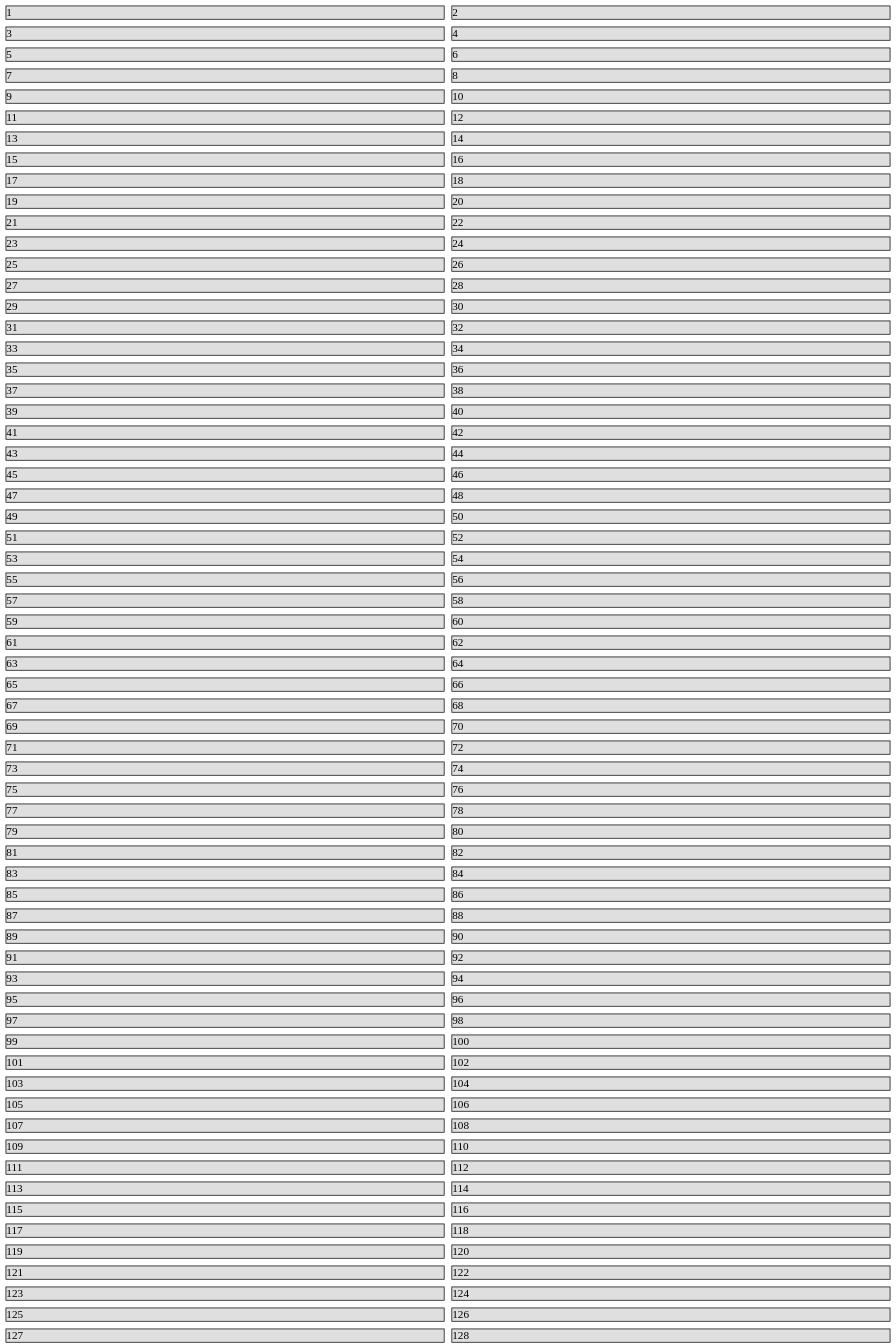
Repository: weazzyefff/Project-Etch-A-Sketch
Page: index.html
These files come from the project's save history. The page is drawn as it stood at one moment and after the next save; the edit follows.
The browser window is 1280 px wide. The pictures show the part of the page from y = 0 to 1920 px (the page is 3846 px tall before and 4358 px after), at 70% of full size.

Above is the page before, as saved 2022-11-30 10:26:40.

After the next save:
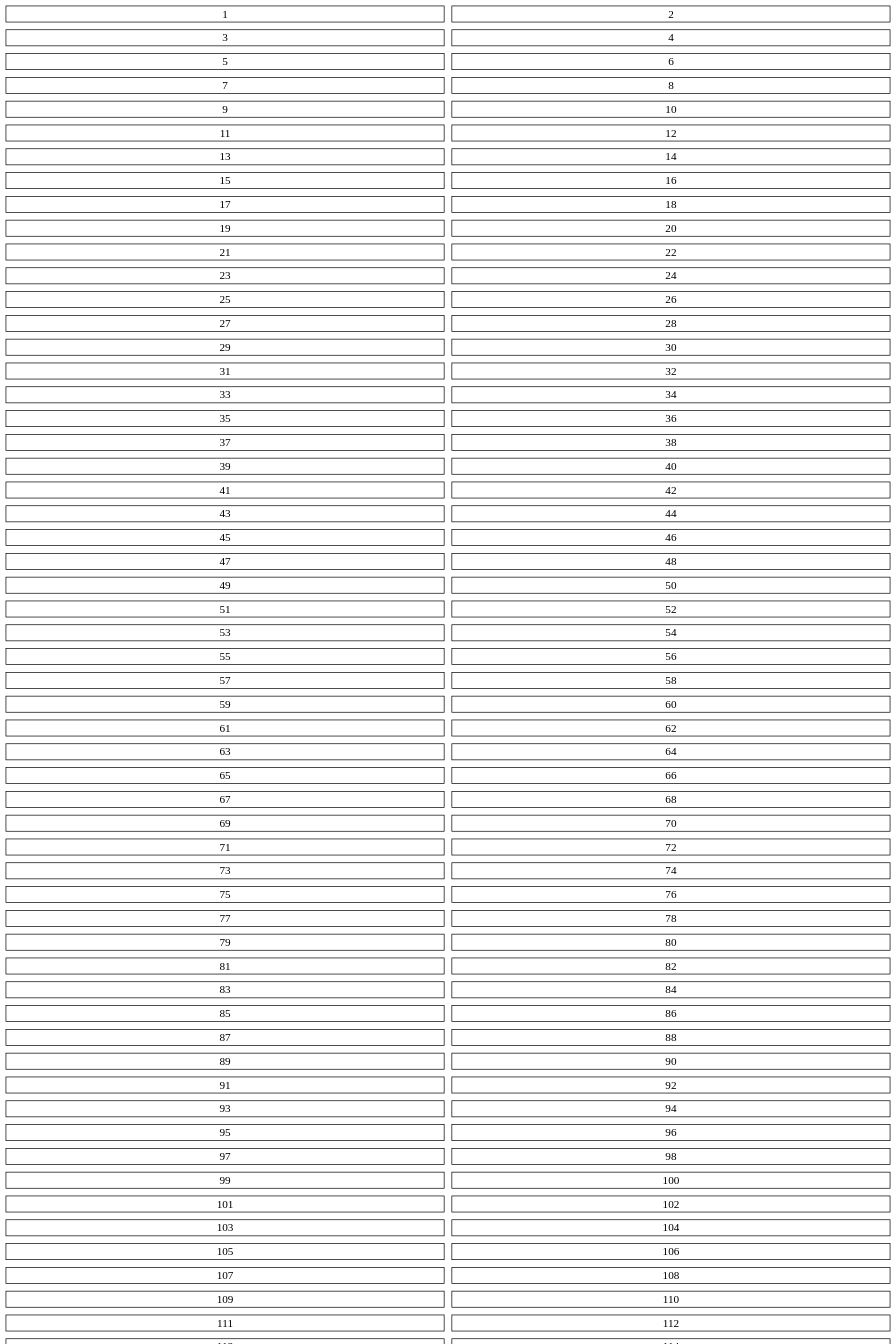
Saved 79 s later.
--- a/style.css
+++ b/style.css
@@ -12,7 +12,7 @@
 
 
 .grid-item {
-    border: 1px solid #9ba6a8;
-    background: #dfdfdf;
+   padding: 2px;
     border: 1px solid black;
+    text-align: center;
   }
